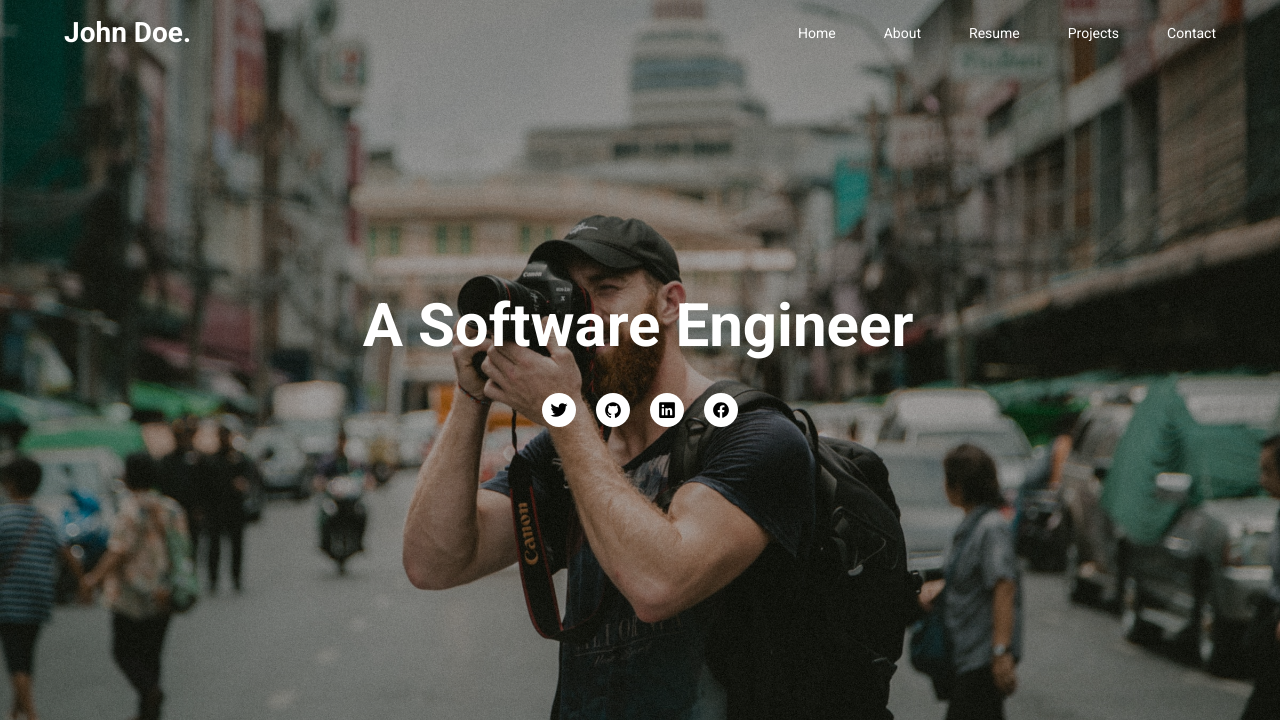
Repository: DevAntonioRogers/portfolio-tutorial
Page: index.html
The author's editor kept a copy of each file at every save. The page is drawn from the files as they stood at one save, then again after the next save.
The browser window is 1280 px wide. The pictures show the whole page.

Above is the page before, as saved 2023-10-31 23:19:55.

### index.html
<!DOCTYPE html>
<html lang="en">
  <head>
    <meta charset="UTF-8" />
    <meta
      name="viewport"
      content="width=device-width, initial-scale=1.0"
    />
    <script src="https://unpkg.com/typed.js@2.0.16/dist/typed.umd.js"></script>
    <script
      type="module"
      src="https://unpkg.com/ionicons@7.1.0/dist/ionicons/ionicons.esm.js"
    ></script>
    <script
      nomodule
      src="https://unpkg.com/ionicons@7.1.0/dist/ionicons/ionicons.js"
    ></script>
    <link rel="stylesheet" href="./styles/main.css" />
    <title>John Doe Portfolio</title>
  </head>
  <body>
    <!-------- NAVBAR --------->
    <header>
      <nav role="navigation" aria-label="Navigation">
        <div class="container navbar">
          <h1>John Doe.</h1>

          <ul class="nav-menu">
            <li><a href="#home">Home</a></li>
            <li><a href="#about">About</a></li>
            <li><a href="#resume">Resume</a></li>
            <li><a href="#projects">Projects</a></li>
            <li><a href="#contact">Contact</a></li>
          </ul>

          <button
            aria-label="Toggle Mobile Menu"
            class="hamburger"
          >
            <span class="bar"></span>
            <span class="bar"></span>
            <span class="bar"></span>
          </button>
        </div>
      </nav>
    </header>

    <main>
      <!--HERO SECTION -->
      <section id="home" class="hero">
        <div class="hero-overlay"></div>
        <div class="container hero-content">
          <div class="hero-text">
            <h2 id="typed-text"></h2>
          </div>

          <div
            class="hero-socials"
            aria-label="Social Media Links"
          >
            <a href="#" aria-label="Twitter Link"
              ><ion-icon name="logo-twitter"></ion-icon
            ></a>
            <a href="#" aria-label="Github Link"
              ><ion-icon name="logo-github"></ion-icon
            ></a>
            <a href="#" aria-label="LinkedIn Link"
              ><ion-icon name="logo-linkedin"></ion-icon
            ></a>
            <a href="#" aria-label="Facebook Link"
              ><ion-icon name="logo-facebook"></ion-icon
            ></a>
          </div>
        </div>
      </section>
    </main>

    <script src="./app.js"></script>
  </body>
</html>

### styles/main.css
@import url("https://fonts.googleapis.com/css2?family=Roboto:wght@100;400;500;700&display=swap");
@import url(./navbar.css);
@import url(./hero.css);
* {
  box-sizing: border-box;
  padding: 0;
  margin: 0;
  font-family: "Roboto", sans-serif;
}

html {
  scroll-behavior: smooth;
}

li {
  list-style: none;
}

a {
  text-decoration: none;
  color: inherit;
}

button {
  outline: none;
  border: none;
  background: inherit;
}

.container {
  width: 90%;
  margin: 0 auto;
  max-width: 1400px;
  height: 100%;
}

article {
  padding: 20px 0;
  display: flex;
  flex-direction: column;
  gap: 10px;
  border: solid 1px #dad9d9;
}

### app.js
//NAVBAR

const hamburger = document.querySelector('.hamburger')
const navMenu = document.querySelector('.nav-menu')
const body = document.querySelector('body')
const navLinks = navMenu.querySelectorAll('li');

hamburger.addEventListener('click', () => {
  hamburger.classList.toggle('active')
  navMenu.classList.toggle('active')
  body.classList.toggle("no-scroll")
})

function closeMenu() {
  hamburger.classList.remove('active')
  navMenu.classList.remove('active')
  body.classList.remove("no-scroll")
}

navLinks.forEach((link) => {
  link.addEventListener('click', closeMenu)
})

//TYPING DELETING TEXT
function initTypedText() {
  const options = {
    strings: [
      "Hello, I'm John Doe",
      "A Software Engineer",
      "From New York",
    ],
    typeSpeed: 50,
    backSpeed: 30,
    backDelay: 1000,
    startDelay: 500,
    loop: true,
  }
  const typed = new Typed("#typed-text", options)
}

initTypedText()

### styles/navbar.css
nav {
  background-color: transparent;
  position: fixed;
  width: 100%;
  z-index: 999;
  top: 0;
  left: 0;
  padding: 1rem 0;
}

.navbar {
  display: flex;
  justify-content: space-between;
  align-items: center;
}

.navbar h1 {
  color: white;
  font-size: 28px;
}

.nav-menu {
  display: flex;
  gap: 3rem;
  align-items: center;
}

.nav-menu li {
  font-size: 14px;
  color: white;
}

.bar {
  background-color: white;
  display: block;
  width: 23px;
  height: 2px;
  margin: 5px auto;
  transition: all 0.3s ease-in-out;
}

.hamburger {
  display: none;
  z-index: 999;
}

@media only screen and (max-width: 768px) {
  .hamburger {
    display: block;
  }

  .nav-menu {
    position: fixed;
    top: 0;
    right: 0;
    width: 100%;
    height: 100%;
    flex-direction: column;
    align-items: center;
    background-color: black;
    padding: 20px 0;
    z-index: 10;
    transition: 0.3s ease-in-out;
    gap: 5rem;
    padding-top: 6rem;
    left: -100%;
  }

  .nav-menu.active {
    left: 0;
  }

  .hamburger.active .bar:nth-child(2) {
    opacity: 0;
  }

  .hamburger.active .bar:nth-child(1) {
    transform: translateY(8px) rotate(45deg);
  }

  .hamburger.active .bar:nth-child(3) {
    transform: translatey(-6px) rotate(-45deg);
  }
}

### styles/hero.css
.hero {
  position: relative;
  height: 100vh;
  background: url(/assets/hero.jpg);
  background-size: cover;
  z-index: 1;
  background-attachment: fixed;
}

.hero-overlay {
  position: absolute;
  width: 100%;
  height: 100%;
  background-color: #0000005e;
  top: 0;
  left: 0;
  z-index: 1;
}

.hero-content {
  display: flex;
  gap: 2rem;
  flex-direction: column;
  align-items: center;
  justify-content: center;
  position: relative;
  z-index: 2;
  color: white;
}

.hero-socials {
  display: flex;
  align-items: center;
  gap: 20px;
}

.hero-socials ion-icon {
  background-color: white;
  color: black;
  padding: 8px;
  border-radius: 100%;
  font-size: 18px;
}

.hero-text {
  display: flex;
}

.hero-content h2 {
  font-size: 60px;
}

After the next save:
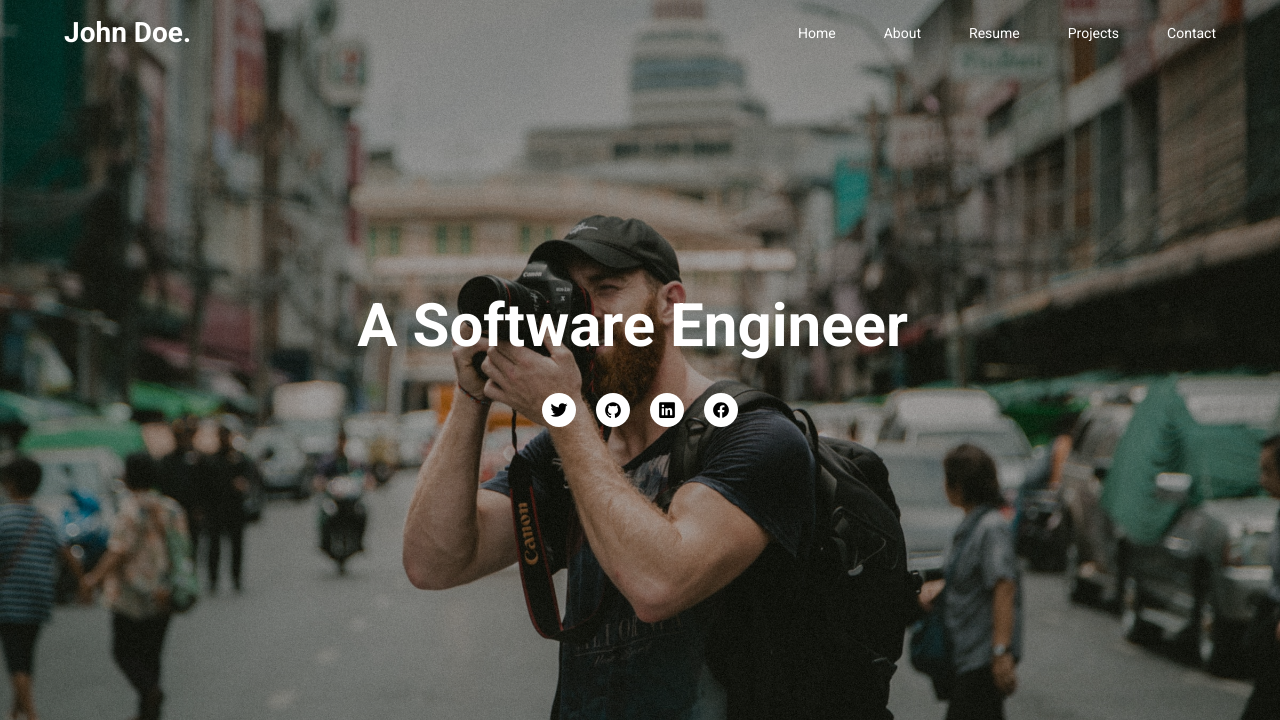
Saved 27 s later.
--- a/styles/hero.css
+++ b/styles/hero.css
@@ -49,3 +49,8 @@
 .hero-content h2 {
   font-size: 60px;
 }
+
+.typed-cursor {
+  font-size: 60px;
+  opacity: 1;
+}
